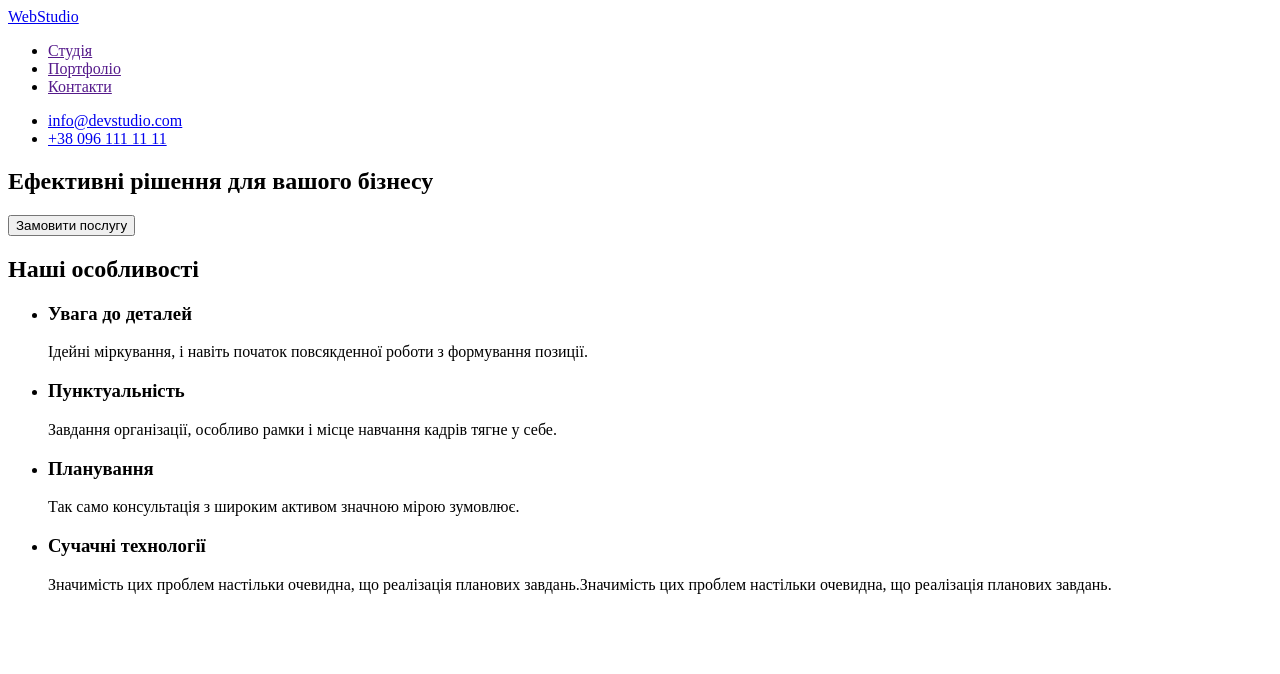
Repository: Mariia2811/goit-markup-hw-03
Page: index.html
The author's editor kept a copy of each file at every save. The page is drawn from the files as they stood at one save, then again after the next save.
The browser window is 1280 px wide. The pictures show the whole page.

Above is the page before, as saved 2022-11-16 13:41:22.

### index.html
<!DOCTYPE html>
<html lang="uk">
  <head>
    <meta charset="UTF-8" />
    <meta http-equiv="X-UA-Compatible" content="IE=edge" />
    <meta name="viewport" content="width=device-width, initial-scale=1.0" />
    <title>Document</title>
  </head>
  <body>
    <header>
        <nav>
            <a href="./index.html">WebStudio</a>
            <ul>
                <li><a href="">Студія</a></li>
                <li><a href="">Портфоліо</a></li>
                <li><a href="">Контакти</a></li>
            </ul>
            <ul>
                <li><a href="mailto:info@devstudio.com">info@devstudio.com</a></li>
                <li><a href="tel:+380961111111">+38 096 111 11 11</a></li>
            </ul>
        </nav>
    </header>
    <main>
        <section>
            <h1>Ефективні рішення для вашого бізнесу</h1>
            <button type="button">Замовити послугу</button>
        </section>
        <section>
            <h2>Наші особливості</h2>
            <ul>
                <li>
                    <h3>Увага до деталей</h3>
                    <p>Ідейні міркування, і навіть початок повсякденної роботи з формування позиції.</p>
                </li>
                <li>
                    <h3>Пунктуальність</h3>
                    <p>Завдання організації, особливо рамки і місце навчання кадрів тягне у себе.</p>
                </li>
                <li>
                    <h3>Планування</h3>
                    <p>Так само консультація з широким активом значною мірою зумовлює.</p>
                </li>
                <li>
                    <h3>Сучачні технології</h3>
                    <p>Значимість цих проблем настільки очевидна, що реалізація планових завдань.Значимість цих проблем настільки очевидна, що реалізація планових завдань.</p>
                </li>
            </ul>
        </section>
        <section>

        </section>
        <section></section>
    </main>
    <footer></footer>
  </body>
</html>

After the next save:
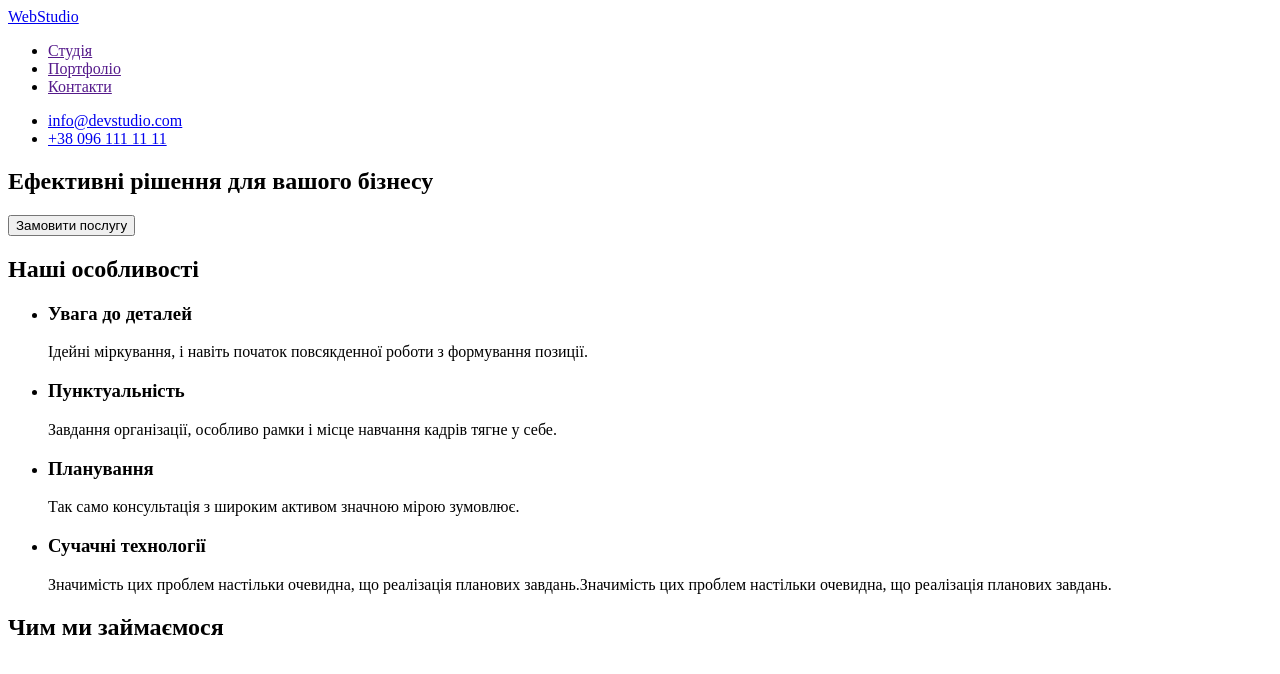
Saved 7 s later.
--- a/index.html
+++ b/index.html
@@ -48,7 +48,7 @@
             </ul>
         </section>
         <section>
-
+            <h2>Чим ми займаємося</h2>
         </section>
         <section></section>
     </main>
